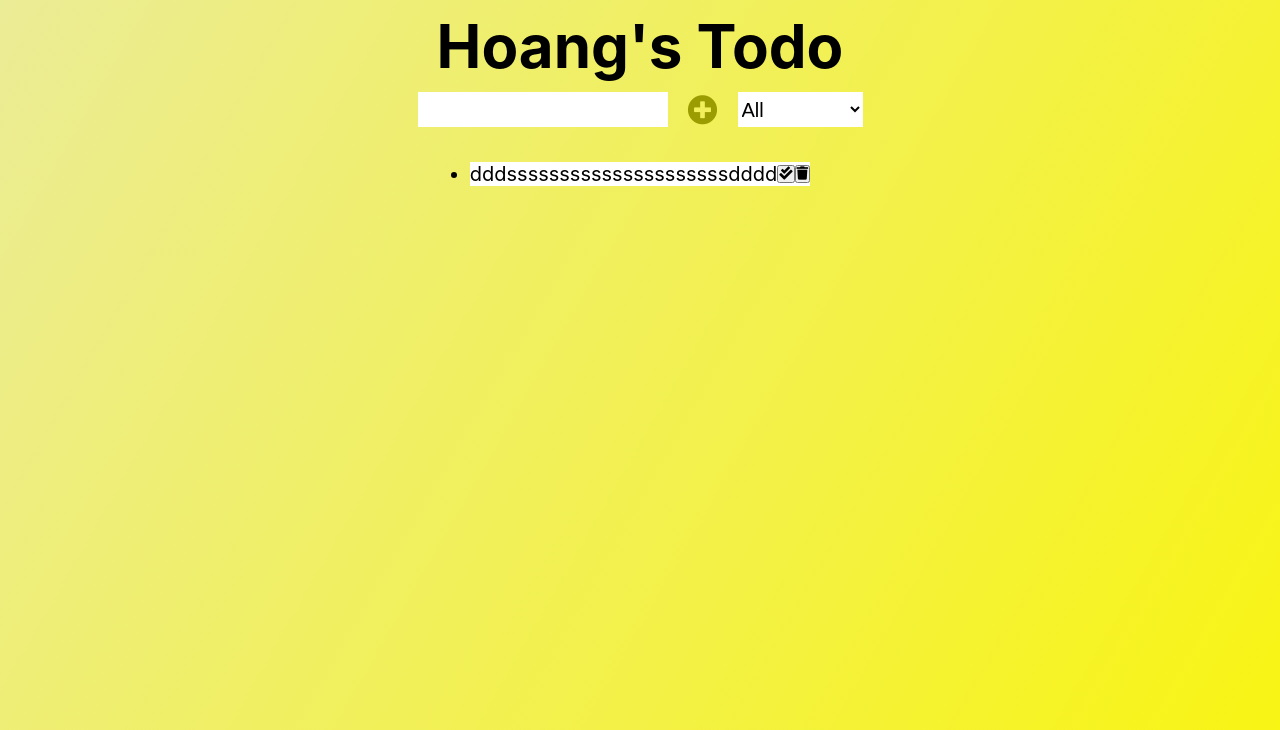
Repository: DinhHoang0607/TodoReact
Page: /
An editor plug-in stored every save of this project. The page is shown before and after a run of saves, followed by the edit.
The browser window is 1280 px wide. The pictures show the whole page.
Some web libraries are served in a nearby version. The project was rebuilt for these pictures with package versions that can differ from the ones it lists, and the page was loaded fresh each time.

Above is the page before, as saved 2021-09-11 21:24:51.

### public/index.html
<!DOCTYPE html>
<html lang="en">
  <head>
    <meta charset="utf-8" />
    <link rel="icon" href="%PUBLIC_URL%/favicon.ico" />
    <meta name="viewport" content="width=device-width, initial-scale=1" />
    <meta name="theme-color" content="#000000" />
    <meta
      name="description"
      content="Web site created using create-react-app"
    />
    <link rel="apple-touch-icon" href="%PUBLIC_URL%/logo192.png" />
    <!--
      manifest.json provides metadata used when your web app is installed on a
      user's mobile device or desktop. See https://developers.google.com/web/fundamentals/web-app-manifest/
    -->
    <link rel="stylesheet" href="https://pro.fontawesome.com/releases/v5.10.0/css/all.css" integrity="sha384-AYmEC3Yw5cVb3ZcuHtOA93w35dYTsvhLPVnYs9eStHfGJvOvKxVfELGroGkvsg+p" crossorigin="anonymous"/>
    <link rel="manifest" href="%PUBLIC_URL%/manifest.json" />
    <!--
      Notice the use of %PUBLIC_URL% in the tags above.
      It will be replaced with the URL of the `public` folder during the build.
      Only files inside the `public` folder can be referenced from the HTML.

      Unlike "/favicon.ico" or "favicon.ico", "%PUBLIC_URL%/favicon.ico" will
      work correctly both with client-side routing and a non-root public URL.
      Learn how to configure a non-root public URL by running `npm run build`.
    -->
    <title>React App</title>
  </head>
  <body>
    <noscript>You need to enable JavaScript to run this app.</noscript>
    <div id="root"></div>
    <!--
      This HTML file is a template.
      If you open it directly in the browser, you will see an empty page.

      You can add webfonts, meta tags, or analytics to this file.
      The build step will place the bundled scripts into the <body> tag.

      To begin the development, run `npm start` or `yarn start`.
      To create a production bundle, use `npm run build` or `yarn build`.
    -->
  </body>
</html>

### src/App.js
import "./App.css";
import React, { useState } from "react";
import Form from "./components/Form";
import List from "./components/List";
function App() {
  const [inputText, setInputText] = useState("");
  const [listItem, setListItem] = useState([]);
  return (
    <div className="App">
      <header>
        <h1>Hoang's Todo</h1>
      </header>
      <Form
        listItem={listItem}
        setListItem={setListItem}
        setInputText={setInputText}
        inputText={inputText}
      />
      <List inputText={inputText} />
    </div>
  );
}

export default App;

### src/App.css
*,
*::before,
*::after {
  box-sizing: border-box;
  padding: 0;
  margin: 0;
}
html {
  font-size: 62.5%;
}
body {
  width: 100%;
  height: 100vh;
  background-image: linear-gradient(120deg, #ebec96 0%, #f8f414 100%);
}
header {
  font-size: 3rem;
  margin: 1rem auto;
}
header,
form {
  display: flex;
  justify-content: center;
  align-items: center;
}
.form__input {
  width: 25rem;
  height: 3.5rem;
  border: none;
  background: white;
}
.btn {
  cursor: pointer;
  display: flex;
  /* align-items: center;

  justify-content: center; */
}
.form__btn {
  color: #9a9c01;
  margin: auto 2rem;
  /* width: 3.5rem;
  height: 3.5rem; */
  /* border-radius: 50%; */
  font-size: 3rem;
  border: none;
  transition: all 0.3s ease;
  background: none;
}
.form__btn:hover {
  color: rgb(27, 247, 255);
}
.select__item {
  width: 12.5rem;
  height: 3.5rem;
  border: none;
  background: white;
  font-size: 2rem;
}
.select__item,
option {
  cursor: pointer;
}
.container {
  display: flex;
  justify-content: center;
  align-items: center;
}
/* .list {
  height: 3.5rem;
  width: 44rem;
  background-color: aliceblue;
  font-size: 2.5rem;
  margin-bottom: 1.5rem;
} */
.list:nth-child(1) {
  margin-top: 3rem;
}
.item {
  margin: 0.5rem;
  background: white;
  font-size: 2rem;
  color: black;
  display: flex;
  justify-content: space-between;
  align-items: center;
  float: left;
  width:
}
.fa-check-double, .fa-trash{

}

### src/components/Form.js
import React from "react";
const Form = ({ inputText, setInputText, listItem, setListItem }) => {
  const handleAddItem = (e) => {
    setInputText(e.target.value);
    console.log(e.target.value);
  };
  const handleSubmit = (e) => {
    e.preventDefault();
    setListItem([...listItem, {
      id: (Date.now() + "").slice(-10),
      status: false,
      text: inputText,
    }]);
      setInputText('')
  };
  return (
    <form className="form">
      <input value={inputText} onChange={handleAddItem} type="text" className="form__input" />
      <button className="form__btn btn" onClick={handleSubmit} type="submit">
        <i class="fas fa-plus-circle"></i>
      </button>
      <div className="form__select">
        <select name="items" className="select__item">
          <option value="all" selected="selected">
            All
          </option>
          <option value="completed">Completed</option>
          <option value="inProcess">InProcess</option>
        </select>
      </div>
    </form>
  );
};

export default Form;

### src/components/List.js
import React from "react";
import Item from "./Item";

const List = ({ inputText }) => {
  return (
    <div className="container">
      <ul className="list">
        <Item />
      </ul>
    </div>
  );
};

export default List;

### src/components/Item.js
import React from "react";

const Item = ({ listItem }) => {
  return (
    <div className="item">
      <li className="item__li">dddsssssssssssssssssssssdddd</li>
      <button className="btn fas fa-check-double"></button>
      <button className="btn fas fa-trash"></button>
    </div>
  );
};

export default Item;

Loaded but not shown: src/index.js (common file); src/index.css (common file); src/reportWebVitals.js (common file)

After the next 2 saves:
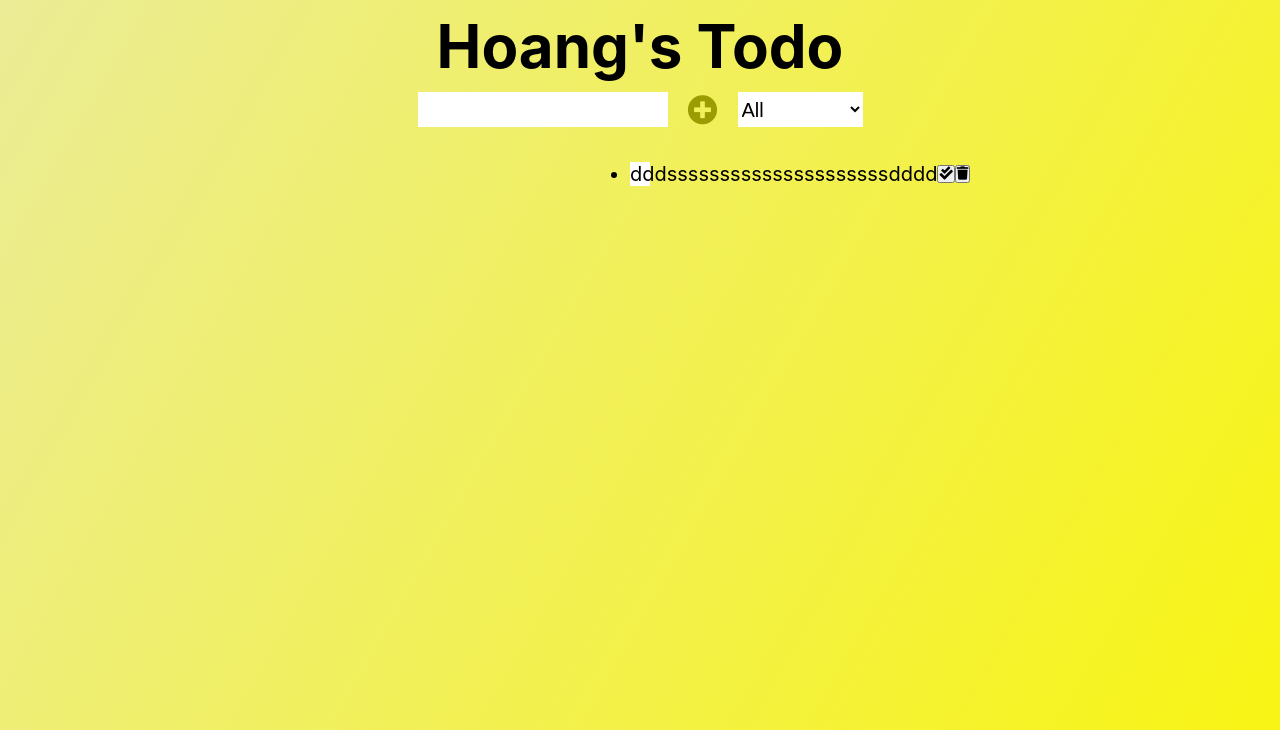
The 2 saves are shown as one change because they came seconds apart.
The last was saved 6 s later.
--- a/src/App.css
+++ b/src/App.css
@@ -85,8 +85,8 @@
   justify-content: space-between;
   align-items: center;
   float: left;
-  width:
+  width: 2rem;
 }
-.fa-check-double, .fa-trash{
-
+.fa-check-double,
+.fa-trash {
 }

After the save that followed:
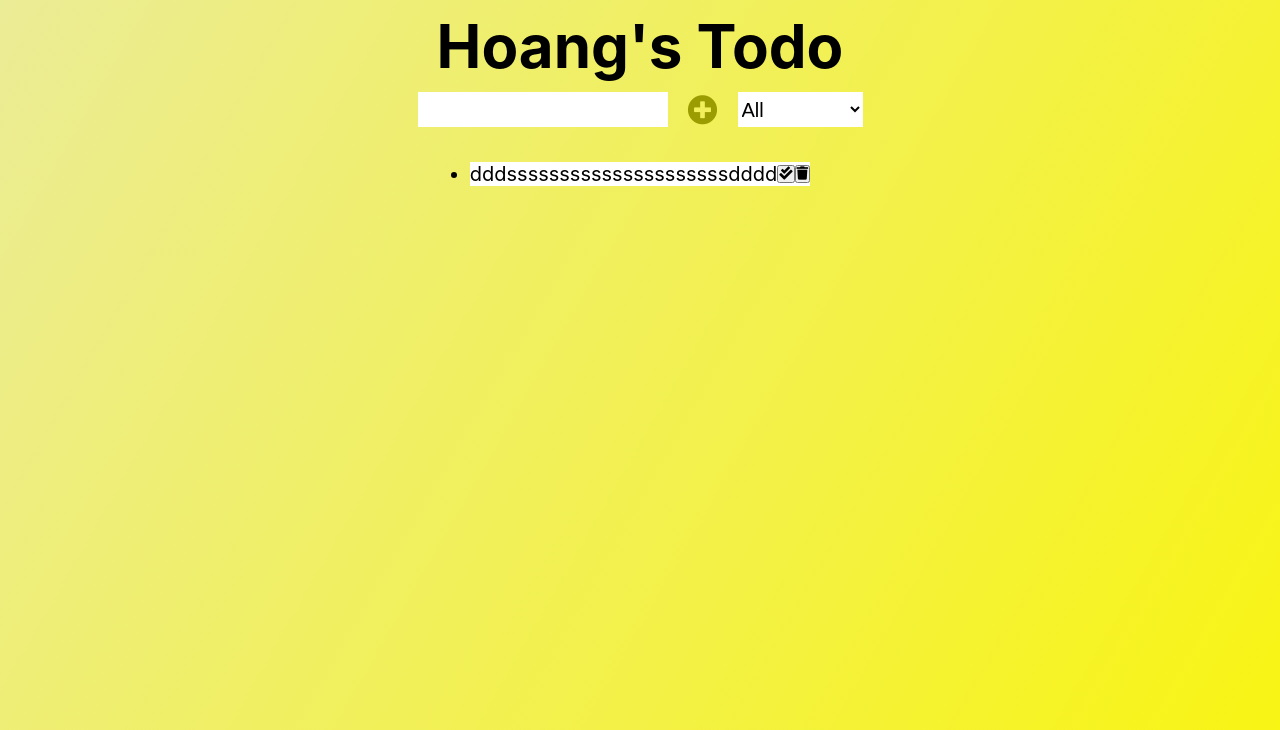
Saved 16 s later.
--- a/src/App.css
+++ b/src/App.css
@@ -85,7 +85,7 @@
   justify-content: space-between;
   align-items: center;
   float: left;
-  width: 2rem;
+  /* width: 2rem; */
 }
 .fa-check-double,
 .fa-trash {
